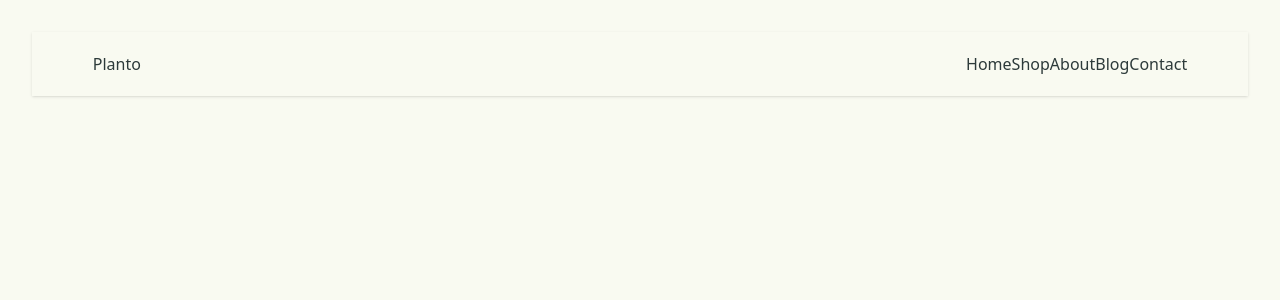
Repository: mazenessam99/Planto
Page: /
An editor plug-in stored every save of this project. The page is shown before and after a run of saves, followed by the edit.
The browser window is 1280 px wide. The pictures show the whole page.
The project was rebuilt for these pictures with package versions that can differ from the ones it lists, and the page was loaded fresh each time. Also part of the build but not shown: vite.config.js, src/components/ui/Button.jsx.

Above is the page before, as saved 2025-11-21 22:03:48.

After the next 2 saves:
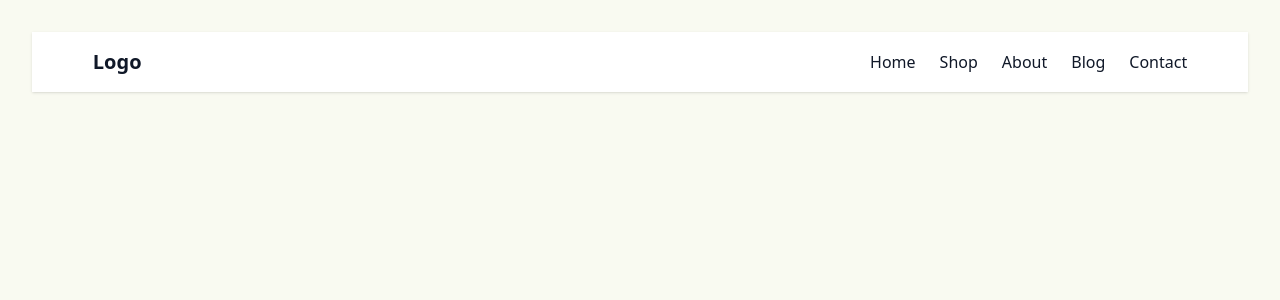
The 2 saves are shown as one change because they came seconds apart.
The last was saved 24 s later.
--- a/src/components/layout/Navbar.jsx
+++ b/src/components/layout/Navbar.jsx
@@ -5,19 +5,22 @@
 
 const Navbar = () => {
     return (
-        <nav className="shadow h-16 flex items-center">
-            <div className="container flex justify-between items-center">
-                <h1 className="text-primary">Planto</h1>
-                <ul className="flex">
+ <nav className="bg-white shadow">
+  <div className="container flex justify-between items-center py-4">
+    <h1 className="text-xl font-bold">Logo</h1>
 
-                {NAVBAR_LINKS.map((link) => (
-                    <li key={link.id}>
-                        <NavLink to={link.path} className={"text-primary"}>{link.label}</NavLink>
-                    </li>
-                ))}
-            </ul>
-            </div>
-        </nav>
+    <ul className="flex gap-6">
+      {NAVBAR_LINKS.map(link => (
+        <li key={link.id}>
+          <NavLink to={link.path}>
+            {link.label}
+          </NavLink>
+        </li>
+      ))}
+    </ul>
+  </div>
+</nav>
+
     )
 }
 

After the save that followed:
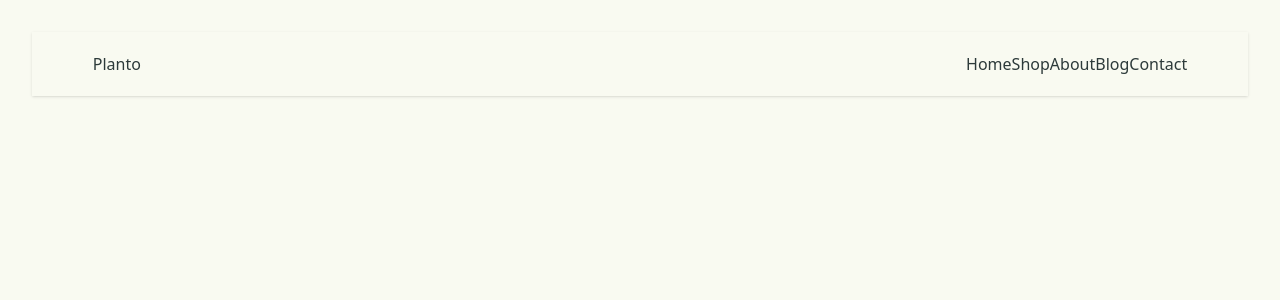
Saved 36 s later.
--- a/src/components/layout/Navbar.jsx
+++ b/src/components/layout/Navbar.jsx
@@ -5,22 +5,19 @@
 
 const Navbar = () => {
     return (
- <nav className="bg-white shadow">
-  <div className="container flex justify-between items-center py-4">
-    <h1 className="text-xl font-bold">Logo</h1>
+        <nav className="shadow h-16 flex items-center">
+            <div className="container flex justify-between items-center">
+                <h1 className="text-primary">Planto</h1>
+                <ul className="flex">
 
-    <ul className="flex gap-6">
-      {NAVBAR_LINKS.map(link => (
-        <li key={link.id}>
-          <NavLink to={link.path}>
-            {link.label}
-          </NavLink>
-        </li>
-      ))}
-    </ul>
-  </div>
-</nav>
-
+                {NAVBAR_LINKS.map((link) => (
+                    <li key={link.id}>
+                        <NavLink to={link.path} className={"text-primary"}>{link.label}</NavLink>
+                    </li>
+                ))}
+            </ul>
+            </div>
+        </nav>
     )
 }
 
